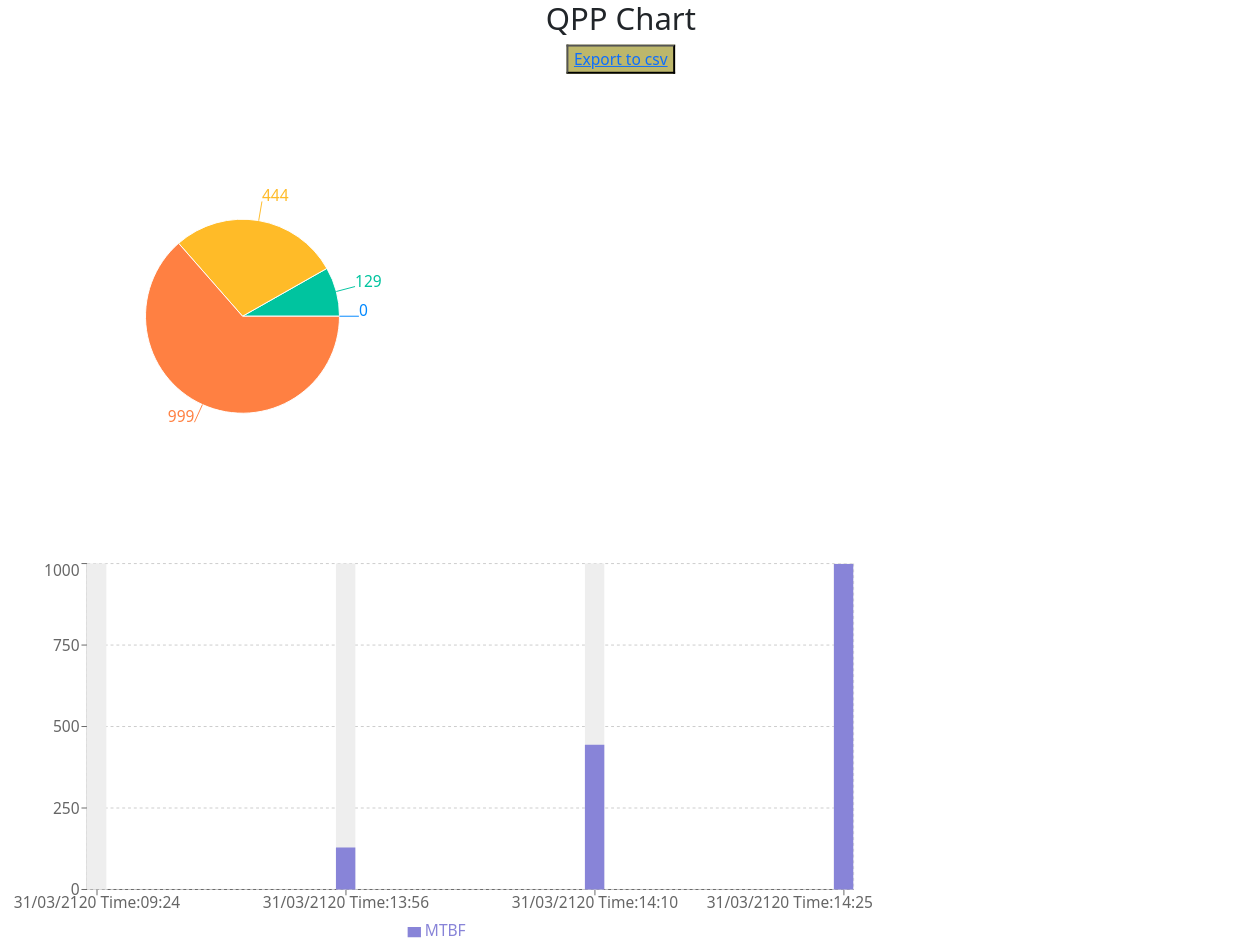
Repository: exiled-kal/ReactChartPrac
Page: /
The author's editor kept a copy of each file at every save. The page is drawn from the files as they stood at one save, then again after the next save.
The browser window is 1280 px wide. The pictures show the whole page, at 97% of full size.
The project was rebuilt for these pictures with package versions that can differ from the ones it lists, and the page was loaded fresh each time.

Above is the page before, as saved 2021-04-18 20:00:47.

### src/App.js
import './App.css';
import {CSVLink} from 'react-csv';

import {
  PieChart,
  Pie,
  Tooltip,
  BarChart,
  Bar,
  XAxis,
  YAxis,
  CartesianGrid,
  Legend,
  Cell,
} from 'recharts';

const data = [
  {
    StartDateTime: '31/03/2120 Time:09:24',
    SystemUpTime: 6,
    OperationTime: 0,
    DownTime: 0,
    IdleTime: 0,
    MTBF: 0,
    MTBA: 0,
    TotalQuantityIn: 0,
    TotalQuantityOut: 0,
    TotalPassed: 0,
    TotalFailed: 0,
    TotalYield: 0,
    SoftJam: 0,
    HardJam: 0,
    SprintUPH: 514,
  },
  {
    LotID: 'QPP_Test',
    ProductType: 'RB',
    StartDateTime: '31/03/2120 Time:13:56',
    SystemUpTime: 499,
    OperationTime: 129,
    DownTime: 0,
    IdleTime: 364,
    MTBF: 129,
    MTBA: 129,
    TotalQuantityIn: 33,
    TotalQuantityOut: 12,
    TotalPassed: 2,
    TotalFailed: 10,
    TotalYield: 16,
    SoftJam: 0,
    HardJam: 0,
    SprintUPH: 514,
  },
  {
    LotID: 'QPP_Test',
    ProductType: 'RB',
    StartDateTime: '31/03/2120 Time:14:10',
    SystemUpTime: 1481,
    OperationTime: 444,
    DownTime: 0,
    IdleTime: 1028,
    MTBF: 444,
    MTBA: 444,
    TotalQuantityIn: 33,
    TotalQuantityOut: 28,
    TotalPassed: 4,
    TotalFailed: 24,
    TotalYield: 14,
    SoftJam: 0,
    HardJam: 0,
    SprintUPH: 514,
  },
  {
    LotID: 'QPP_Test',
    ProductType: 'RB',
    StartDateTime: '31/03/2120 Time:14:25',
    SystemUpTime: 2680,
    OperationTime: 999,
    DownTime: 0,
    IdleTime: 1581,
    MTBF: 999,
    MTBA: 999,
    TotalQuantityIn: 33,
    TotalQuantityOut: 170,
    TotalPassed: 61,
    TotalFailed: 109,
    TotalYield: 35,
    SoftJam: 0,
    HardJam: 0,
    SprintUPH: 514,
  },
];

const COLORS = ['#0088FE', '#00C49F', '#FFBB28', '#FF8042', '#ff0000'];

const csvReport = {
  filename: './data/data.csv',
  data: data,
};

function App() {
  return (
    <div style={{textAlign: 'center'}}>
      <h2>QPP Chart</h2>
      <button className="csv__button">
        <CSVLink {...csvReport}>Export to csv</CSVLink>
      </button>
      <br />
      <div className="App">
        <PieChart width={500} height={500}>
          <h5>PieChart Of QPP</h5>
          <Pie
            dataKey="MTBF"
            isAnimationActive={true}
            data={data}
            cx="50%"
            cy="50%"
            outerRadius={100}
            fill="#8884d8"
            label="Start Date Time"
          >
            {data.map((entry, index) => (
              <Cell
                key={`cell-${index}`}
                fill={COLORS[index % COLORS.length]}
              />
            ))}
          </Pie>
          <Tooltip />
        </PieChart>
        <BarChart
          width={900}
          height={400}
          data={data}
          margin={{
            top: 5,
            right: 20,
            left: 30,
            bottom: 5,
          }}
          barSize={20}
        >
          <XAxis
            dataKey="StartDateTime"
            scale="point"
            padding={{left: 10, right: 10}}
          />

          <YAxis />
          <Tooltip />
          <Legend />
          <CartesianGrid strokeDasharray="3 3" />
          <Bar dataKey="MTBF" fill="#8884d8" background={{fill: '#eee'}} />
        </BarChart>
      </div>
    </div>
  );
}

export default App;

### src/App.css
.App {
  text-align: center;
  /* display: flex; */
  justify-content: space-around;
  align-items: center;
  background-color: #ffff;
}

.csv__button {
  background-color: darkkhaki;
  color: #ffff;
}

.csv__button:hover {
  color: darkkhaki;
  background-color: #ffff;
  text-decoration: none;
}

Loaded but not shown: public/index.html (common file); src/index.js (common file); src/index.css (common file); src/reportWebVitals.js (common file)

After the next save:
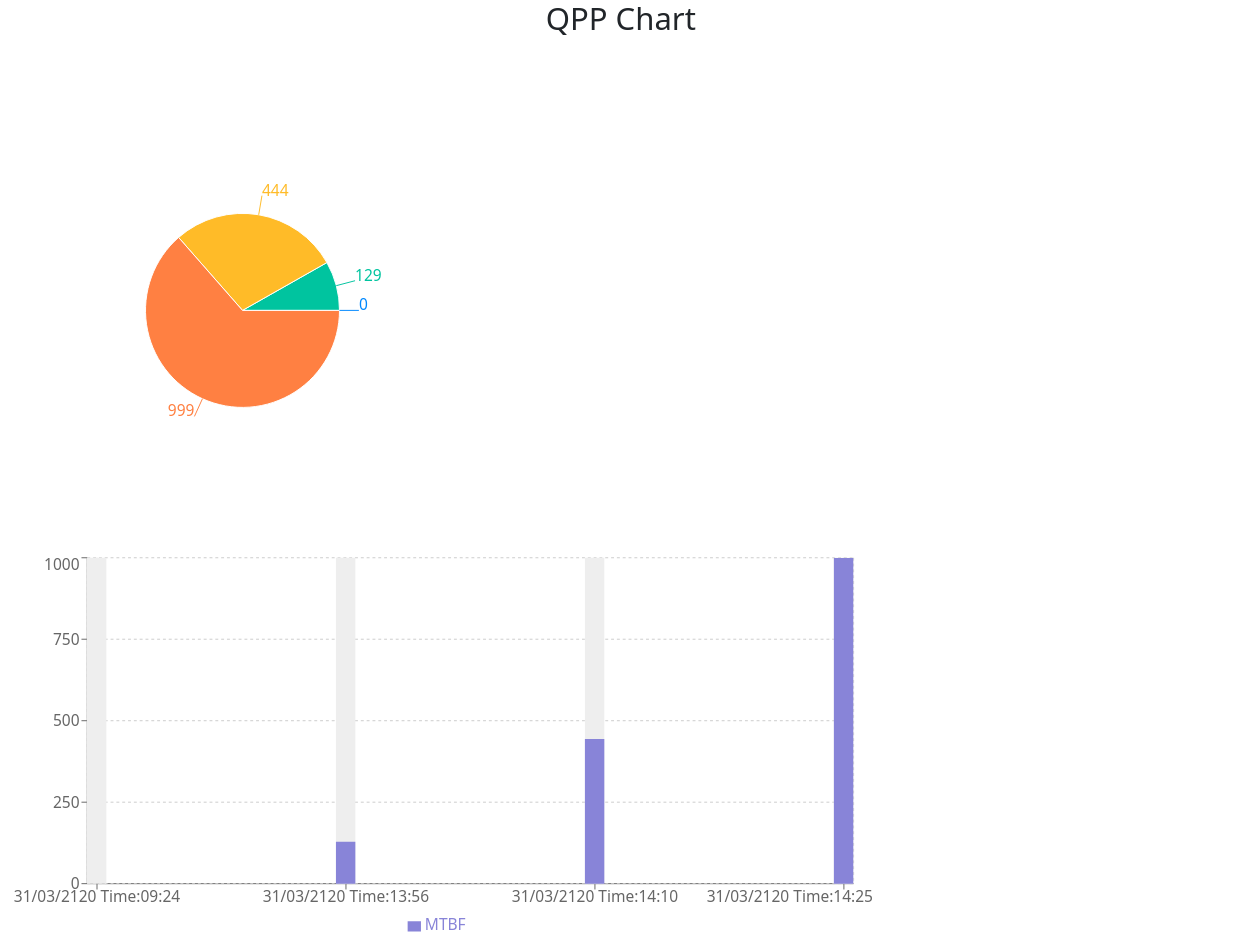
Saved 62 s later.
--- a/src/App.js
+++ b/src/App.js
@@ -102,9 +102,7 @@ function App() {
   return (
     <div style={{textAlign: 'center'}}>
       <h2>QPP Chart</h2>
-      <button className="csv__button">
-        <CSVLink {...csvReport}>Export to csv</CSVLink>
-      </button>
+
       <br />
       <div className="App">
         <PieChart width={500} height={500}>
